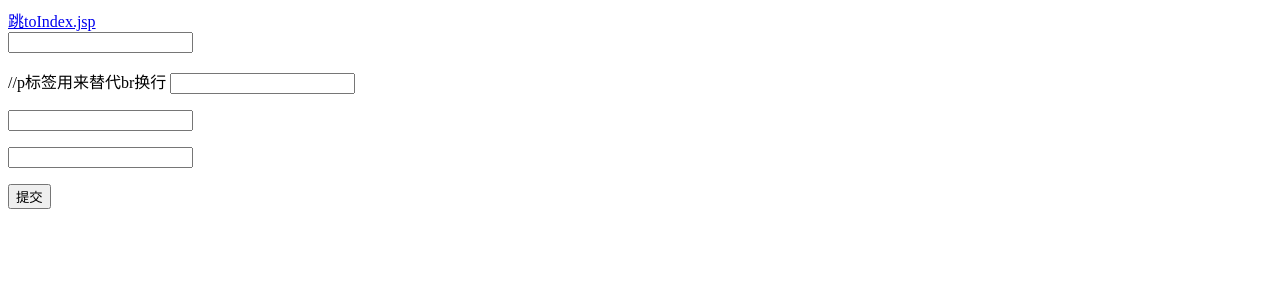
Repository: JasonYan2015/FE-learning-examples
Page: http://localhost/优普20160801_Easy_book_SSM/
These files come from the project's save history. The page is drawn as it stood at one moment and after the next save; the edit follows.
The browser window is 1280 px wide. The pictures show the whole page.
The page is served by Tomcat 9. Other server files are loaded and not shown.

Above is the page before, as saved 2016-08-01 06:21:15.

### eclipse/优普20160801_Easy_book_SSM/WebContent/index.jsp
<%@ page language="java" contentType="text/html; charset=UTF-8"
    pageEncoding="UTF-8"%>
<!DOCTYPE html PUBLIC "-//W3C//DTD HTML 4.01 Transitional//EN" "http://www.w3.org/TR/html4/loose.dtd">
<html>
<head>
<meta http-equiv="Content-Type" content="text/html; charset=UTF-8">
<title>Insert title here</title>
</head>
<body>
	<a href="a">跳toIndex.jsp</a>
	<form action="add" method="post">
		<input type="text" name="bookname"/><p></p>			//p标签用来替代br换行
		<input type="text" name="author"/><p></p>
		<input type="text" name="press"/><p></p>
		<input type="text" name="presdate"/><p></p>
		<input type="submit" value="提交"/><p></p>
	</form>
</body>
</html>

After the next save:
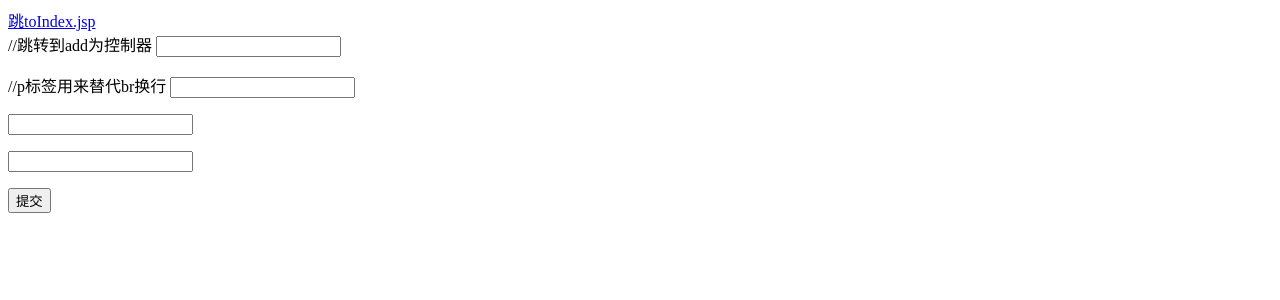
Saved 14 s later.
--- a/eclipse/优普20160801_Easy_book_SSM/WebContent/index.jsp
+++ b/eclipse/优普20160801_Easy_book_SSM/WebContent/index.jsp
@@ -8,7 +8,7 @@
 </head>
 <body>
 	<a href="a">跳toIndex.jsp</a>
-	<form action="add" method="post">
+	<form action="add" method="post">						//跳转到add为控制器
 		<input type="text" name="bookname"/><p></p>			//p标签用来替代br换行
 		<input type="text" name="author"/><p></p>
 		<input type="text" name="press"/><p></p>
